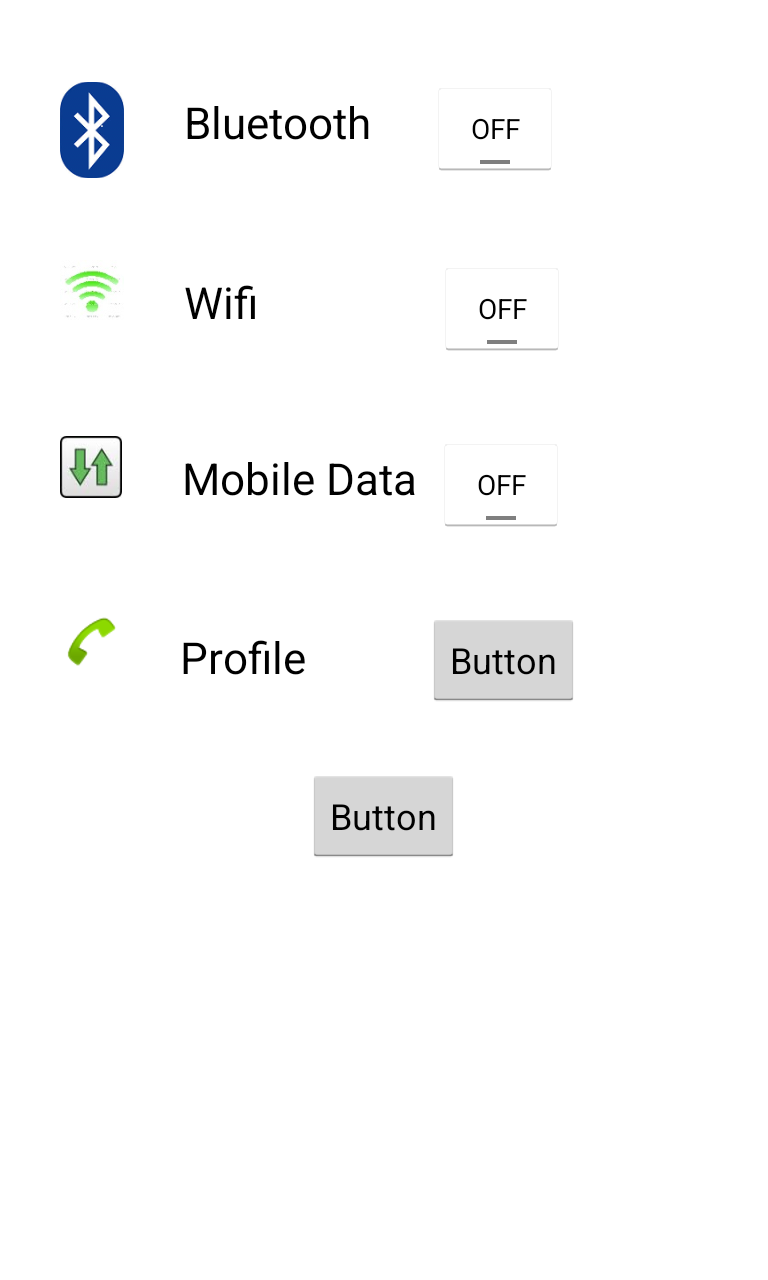
Repository: born2behappy18/meetingMiliue
Layout: MeetingMileu/res/layout/toggle.xml
These files come from the project's save history. The layout is drawn as it stood at one moment and after the next save; the edit follows.
It is drawn on a 768 x 1280 px phone screen (xhdpi) without system bars, with theme AppTheme; the app's code is not run.

Above is the layout before, as saved 2015-10-13 10:57:27.

### MeetingMileu/res/layout/toggle.xml
<?xml version="1.0" encoding="utf-8"?>
<LinearLayout xmlns:android="http://schemas.android.com/apk/res/android"
    android:layout_width="match_parent"
    android:layout_height="match_parent"
    android:orientation="vertical" >

<LinearLayout
    android:layout_width="fill_parent"
    android:layout_height="wrap_content"
    android:orientation="horizontal"
    android:layout_marginTop="40dp" >

    <ImageView
        android:id="@+id/imageView2"
        android:layout_width="32dp"
        android:layout_height="50dp"
        android:src="@drawable/bluetooth"
        android:layout_marginLeft="30dp" />

    <TextView
        android:id="@+id/textView1"
        android:layout_width="wrap_content"
        android:layout_height="wrap_content"
        android:layout_marginLeft="30dp"
        android:text="Bluetooth"
        android:textAppearance="?android:attr/textAppearanceLarge" />

    <ToggleButton
        android:id="@+id/toggleButton1"
        android:layout_width="wrap_content"
        android:layout_height="wrap_content"
        android:text="ToggleButton"
        android:layout_marginLeft="30dp"/>
</LinearLayout>
<LinearLayout
    android:layout_width="match_parent"
    android:layout_height="wrap_content"
    android:orientation="horizontal"
    android:layout_marginTop="40dp" >

    <ImageView
        android:id="@+id/imageView3"
        android:layout_width="32dp"
        android:layout_height="30dp"
        android:layout_marginLeft="30dp"
        android:src="@drawable/wifi" />

    <TextView
        android:id="@+id/textView2"
        android:layout_width="wrap_content"
        android:layout_height="wrap_content"
        android:layout_marginLeft="30dp"
        android:text="Wifi"
        android:textAppearance="?android:attr/textAppearanceLarge" />

    <ToggleButton
        android:id="@+id/toggleButton2"
        android:layout_width="wrap_content"
        android:layout_height="wrap_content"
        android:text="ToggleButton"
        android:layout_marginLeft="90dp" />
</LinearLayout>
<LinearLayout
    android:layout_width="match_parent"
    android:layout_height="wrap_content"
    android:orientation="horizontal"
    android:layout_marginTop="40dp" >

    <ImageView
        android:id="@+id/imageView4"
        android:layout_width="31dp"
        android:layout_height="31dp"
        android:layout_marginLeft="30dp"
        android:src="@drawable/mobiledata" />

    <TextView
        android:id="@+id/textView4"
        android:layout_width="wrap_content"
        android:layout_height="wrap_content"
        android:layout_marginLeft="30dp"
        android:text="Mobile Data"
        android:textAppearance="?android:attr/textAppearanceLarge" />

    <ToggleButton
        android:id="@+id/toggleButton3"
        android:layout_width="wrap_content"
        android:layout_height="wrap_content"
        android:text="ToggleButton"
        android:layout_marginLeft="10dp"/>
</LinearLayout>
<LinearLayout
    android:layout_width="match_parent"
    android:layout_height="wrap_content"
    android:orientation="horizontal"
    android:layout_marginTop="40dp" >

    <ImageView
        android:id="@+id/imageView1"
        android:layout_marginLeft="30dp"
        android:layout_width="wrap_content"
        android:layout_height="wrap_content"
        android:src="@android:drawable/sym_action_call" />

    <TextView
        android:id="@+id/textView3"
        android:layout_width="wrap_content"
        android:layout_height="wrap_content"
        android:layout_marginLeft="30dp"
        android:text="Profile"
        android:textAppearance="?android:attr/textAppearanceLarge" />

    <Button
        android:id="@+id/button1"
        android:layout_width="wrap_content"
        android:layout_height="wrap_content"
        android:text="Button"
        android:layout_marginLeft="60dp"/>
</LinearLayout>
    <Button
        android:id="@+id/button5"
        android:layout_width="wrap_content"
        android:layout_height="wrap_content"
        android:text="Button"
        android:layout_gravity="center_horizontal"
        android:layout_marginTop="30dp" />

</LinearLayout>

Loaded but not shown: MeetingMileu/res/values/styles.xml (common file); MeetingMileu/res/values-v11/styles.xml (common file); MeetingMileu/res/values-v14/styles.xml (common file)

After the next save:
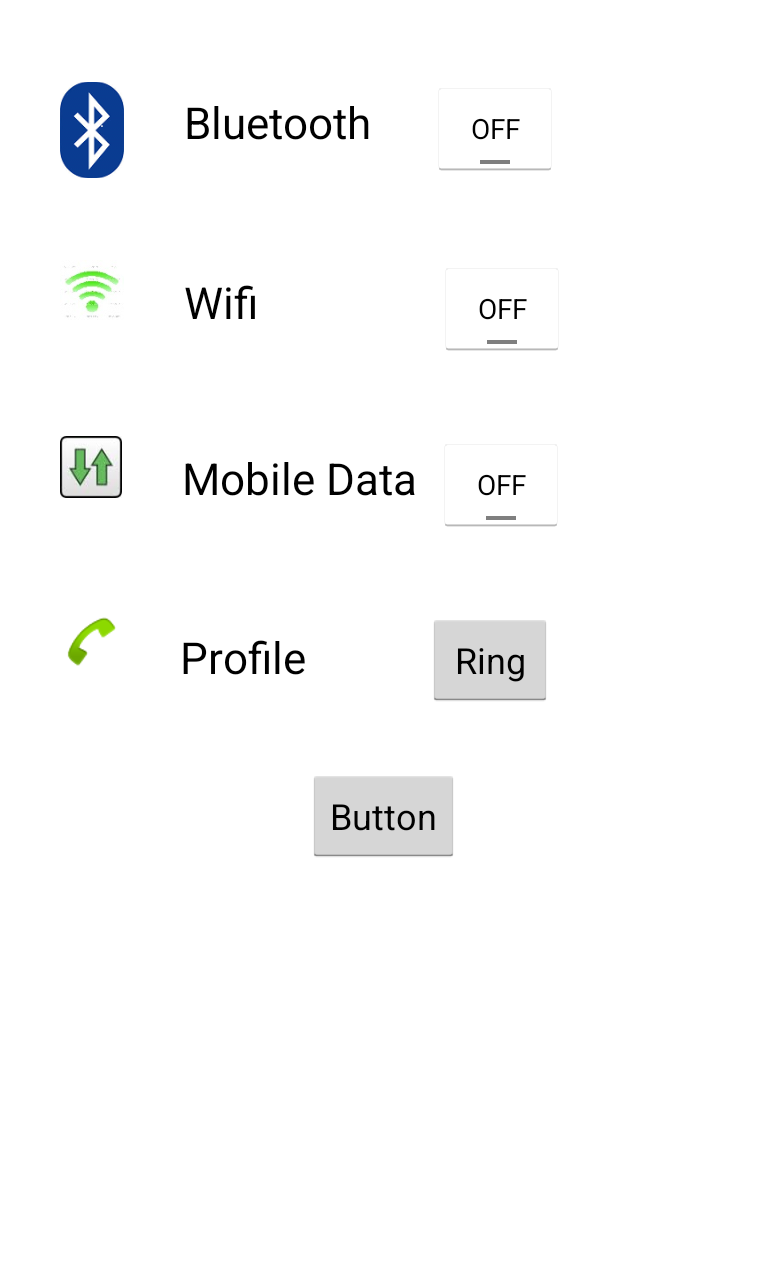
Saved 7 s later.
--- a/MeetingMileu/res/layout/toggle.xml
+++ b/MeetingMileu/res/layout/toggle.xml
@@ -113,7 +113,7 @@
         android:id="@+id/button1"
         android:layout_width="wrap_content"
         android:layout_height="wrap_content"
-        android:text="Button"
+        android:text="Ring"
         android:layout_marginLeft="60dp"/>
 </LinearLayout>
     <Button
